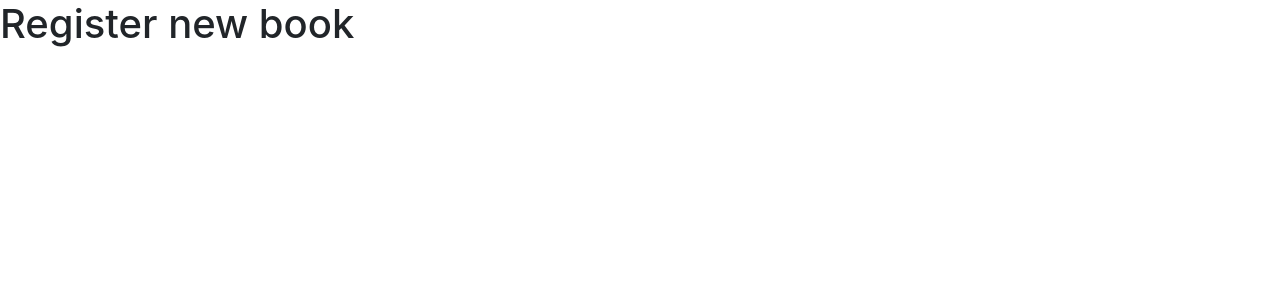
Repository: Sumanta-Sahoo/BookStoreApp
Page: bookstore/src/main/resources/static/bookRegister.html
These files come from the project's save history. The page is drawn as it stood at one moment and after the next save; the edit follows.
The browser window is 1280 px wide. The pictures show the whole page.

Above is the page before, as saved 2024-03-15 08:58:02.

After the next save:
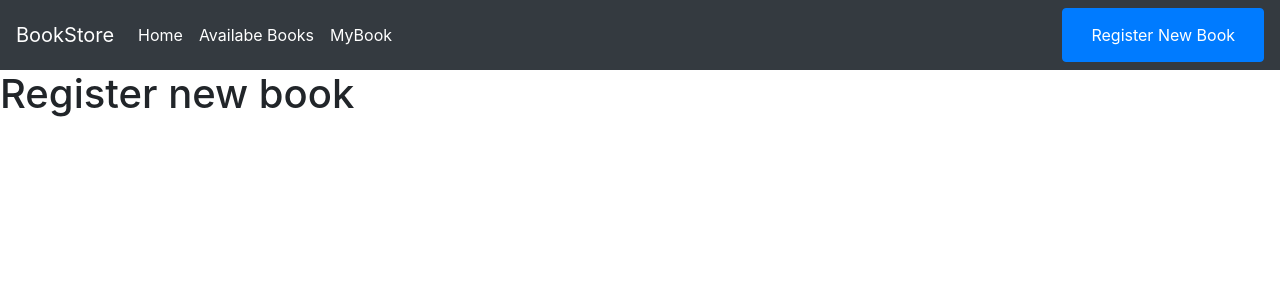
Saved 2 h 37 min later.
--- a/bookstore/src/main/resources/static/bookRegister.html
+++ b/bookstore/src/main/resources/static/bookRegister.html
@@ -14,6 +14,31 @@
 </head>
 
 <body>
+<nav class="navbar navbar-expand-lg navbar-light bg-dark">
+		<a class="navbar-brand text-white" href="#">BookStore</a>
+		<button class="navbar-toggler" type="button" data-toggle="collapse" data-target="#navbarSupportedContent"
+			aria-controls="navbarSupportedContent" aria-expanded="false" aria-label="Toggle navigation">
+			<span class="navbar-toggler-icon"></span>
+		</button>
+
+		<div class="collapse navbar-collapse" id="navbarSupportedContent">
+			<ul class="navbar-nav mr-auto">
+				<li class="nav-item active">
+					<a class="nav-link text-white" href="#">Home<span class="sr-only">(current)</span></a>
+				</li>
+				<li class="nav-item">
+					<a class="nav-link text-white" href="availabe_books">Availabe Books</a>
+				</li>
+				<li class="nav-item">
+					<a class="nav-link text-white" href="my_books">MyBook</a>
+				</li>
+			</ul>
+			<div>
+				<button type="button" class="btn btn-primary"><a class="nav-link text-white" href="bookRegister">Register New Book</a></button>
+			</div>
+
+		</div>
+	</nav>
 
 <h1>Register new book</h1>
 <!--
